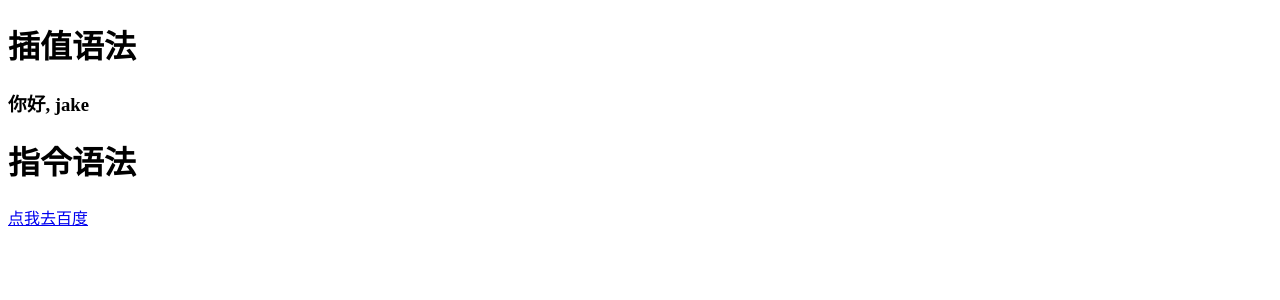
Repository: reggiepy/vueLeaning
Page: 02 vue 模板语法/模板语法.html
An editor plug-in stored every save of this project. The page is shown before and after the next save, followed by the edit.
The browser window is 1280 px wide. The pictures show the whole page.

Above is the page before, as saved 2021-12-04 23:21:31.

### 02 vue 模板语法/模板语法.html
<!DOCTYPE html>
<html lang="en">
  <head>
    <meta charset="UTF-8" />
    <meta http-equiv="X-UA-Compatible" content="IE=edge" />
    <meta name="viewport" content="width=device-width, initial-scale=1.0" />
    <title>初识vue</title>
    <script type="text/javascript" src="../js/vue.js"></script>
  </head>
  <body>
    <div id="root">
      <h1>插值语法</h1>
      <h3>你好, {{name}}</h3>
      <h1>指令语法</h1>
      <a :href="url" v-bind:x="hello">点我去百度</a>
    </div>

    <script type="text/javascript">
      Vue.config.productionTip = false;

      // 创建Vue实例
      const x = new Vue({
          el: "#root",
          data: {
              name: "jake",
              url: "https://www.baidu.com",
              hello: "hello"
          }
      })
    </script>
  </body>
</html>

Loaded but not shown: js/vue.js (library)

After the next save:
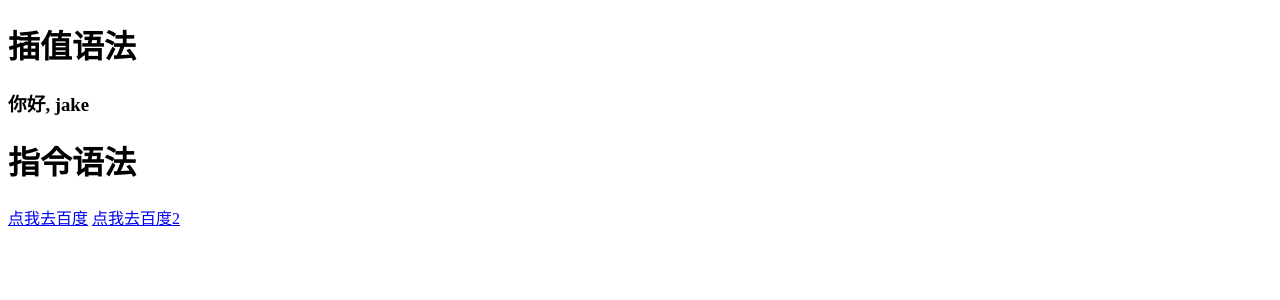
Saved 40 s later.
--- a/02 vue 模板语法/模板语法.html
+++ b/02 vue 模板语法/模板语法.html
@@ -12,7 +12,8 @@
       <h1>插值语法</h1>
       <h3>你好, {{name}}</h3>
       <h1>指令语法</h1>
-      <a :href="url" v-bind:x="hello">点我去百度</a>
+      <a v-bind:href="url" v-bind:x="hello">点我去百度</a>
+      <a :href="url" :x="hello">点我去百度2</a>
     </div>
 
     <script type="text/javascript">
